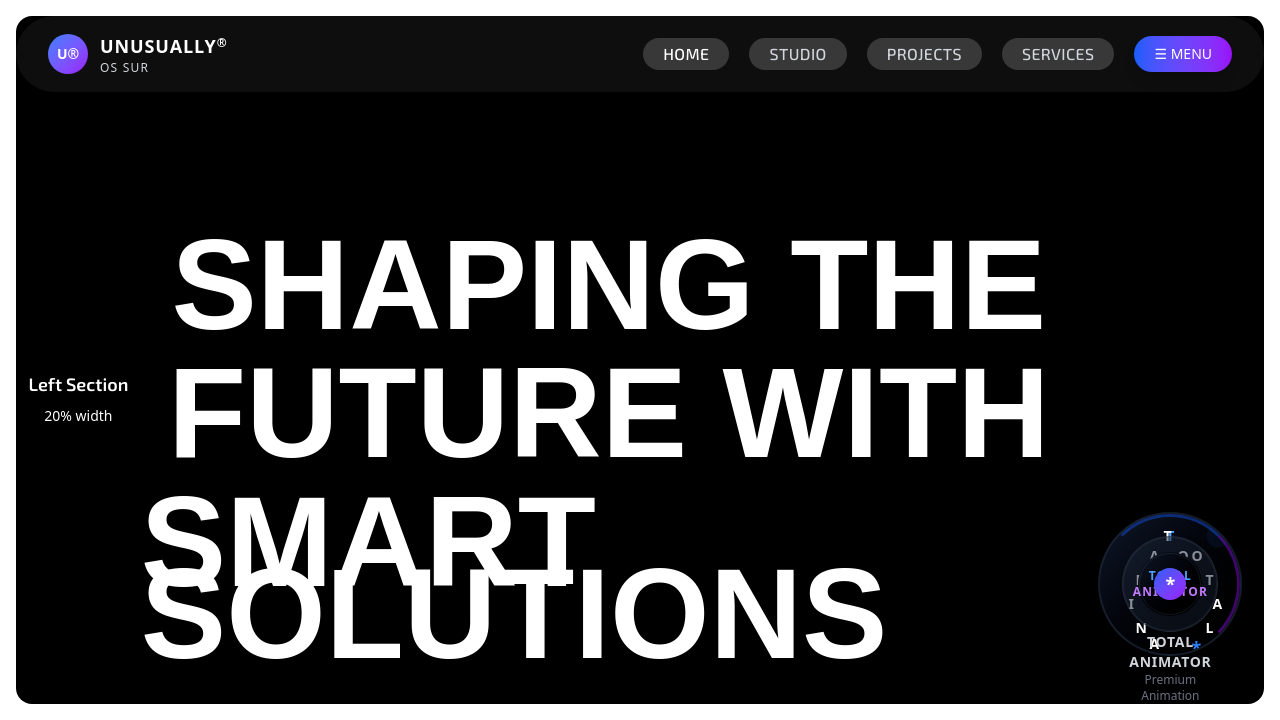
Repository: A-y-u-s-h-29/Digital-Express-India-With-Carrer-Page-And-RazorPay
Page: / (app in op/)
The author's editor kept a copy of each file at every save. The page is drawn from the files as they stood at one save, then again after the next save.
The browser window is 1280 px wide. The pictures show the whole page.
Some web fonts or font styles are not loaded; a fallback is used. The project was rebuilt for these pictures with package versions that can differ from the ones it lists, and the page was loaded fresh each time. Also part of the build but not shown: op/vite.config.js.

Above is the page before, as saved 2025-12-04 15:02:45.

### op/index.html
<!doctype html>
<html lang="en">
  <head>
    <meta charset="UTF-8" />
    <link rel="icon" type="image/svg+xml" href="/vite.svg" />
    <meta name="viewport" content="width=device-width, initial-scale=1.0" />
    <link rel="preconnect" href="https://fonts.googleapis.com">
<link rel="preconnect" href="https://fonts.gstatic.com" crossorigin>
<link href="https://fonts.googleapis.com/css2?family=Alan+Sans:wght@300..900&family=Big+Shoulders:opsz,wght@10..72,100..900&family=Exo+2:ital,wght@0,100..900;1,100..900&family=Montserrat:ital,wght@0,100..900;1,100..900&family=Orbitron:wght@400..900&family=Poppins:ital,wght@0,100;0,200;0,300;0,400;0,500;0,600;0,700;0,800;0,900;1,100;1,200;1,300;1,400;1,500;1,600;1,700;1,800;1,900&family=Rajdhani:wght@300;400;500;600;700&display=swap" rel="stylesheet">
<link rel="preconnect" href="https://fonts.googleapis.com">
<link rel="preconnect" href="https://fonts.gstatic.com" crossorigin>
<link href="https://fonts.googleapis.com/css2?family=Alan+Sans:wght@300..900&family=Big+Shoulders:opsz,wght@10..72,100..900&family=Exo+2:ital,wght@0,100..900;1,100..900&family=Montserrat:ital,wght@0,100..900;1,100..900&family=Orbitron:wght@400..900&family=Poppins:ital,wght@0,100;0,200;0,300;0,400;0,500;0,600;0,700;0,800;0,900;1,100;1,200;1,300;1,400;1,500;1,600;1,700;1,800;1,900&family=Rajdhani:wght@300;400;500;600;700&display=swap" rel="stylesheet">
    <title>op</title>
  </head>
  <body>
    <div id="root"></div>
    <script type="module" src="/src/main.jsx"></script>
  </body>
</html>

### op/src/index.css
@import "tailwindcss";
*{
  box-sizing: border-box;
}
.big {
  font-family: "Big Shoulders", sans-serif;

  font-style: normal;
}
.exo {
  font-family: "Exo 2", sans-serif;

  font-style: normal;
}

### op/src/App.jsx
import React from 'react'
import Home from './components/Home'

function App() {
  return (
   <>
   <Home/>


   </>
  )
}

export default App

### op/src/components/Home.jsx
import React from "react";
import Navbar from "./Navbar";

function Home() {


  return (
    <div className="w-full max-h-screen lg:h-[120vh]  lg:py-4 lg:px-4 ">
      <div
        className="rounded-b-4xl lg:rounded-2xl w-full h-full  flex flex-col relative overflow-hidden bg-black"

      >


        {/* Transparent Navbar */}
        <div className="relative z-20">
          <Navbar />
        </div>

        {/* Three Column Layout */}
        <div className="flex flex-1 relative z-10 text-white ">
          {/* Left Column - 20% width */}
          <div className="w-[10%] flex items-center justify-center">
            <div className="text-white text-center">
              <p className="exo font-semibold text-lg">Left Section</p>
              <p className="text-sm mt-2">20% width</p>
            </div>
          </div>

          {/* Middle Column - 60% width */}
         <div className="w-[75%] flex flex-col justify-center items-center big">
  <div className=" w-full h-full flex flex-col">

    {/* Top Row - 40% height */}
    <div className="h-[40%] flex items-end justify-center pb-4 ">
      <h1 className="text-5xl md:text-9xl leading-tight md:leading-[4.5rem]  font-bold text-white drop-shadow-2xl">
       SHAPING THE
      </h1>
    </div>

    {/* Middle Row - 30% height */}
    <div className="h-[25%] flex items-center justify-center ">
       <h1 className="text-5xl md:text-9xl leading-tight lg:leading-[4.5rem]  font-bold text-white drop-shadow-2xl">
    FUTURE WITH
      </h1>
    </div>

    {/* Bottom Row - 30% height */}
    <div className="h-[35%] flex items-start justify-center pt-4">
      <h1 className="text-5xl md:text-9xl leading-tight lg:leading-[4.5rem]  font-bold text-white drop-shadow-2xl">
      SMART SOLUTIONS
      </h1>
    </div>

  </div>
</div>
          {/* Right Column - 20% width */}
         <div className="w-[15%] flex items-end justify-center pb-12">
  <div className="relative">
    {/* Circular Text Button with Asterisk */}
    <div className="group relative cursor-pointer">
      {/* Main Circle */}
      <div className="relative w-36 h-36 rounded-full border-2 border-gray-800/70 bg-gradient-to-br from-gray-900 to-black overflow-hidden hover:border-blue-700/40 transition-all duration-700 hover:scale-110 shadow-2xl">

        {/* Animated Ring */}
        <div className="absolute inset-0 rounded-full border-[3px] border-transparent border-t-blue-600/60 border-r-purple-600/60 animate-spin-slow opacity-70"></div>

        {/* Circular Text Rotation - "TOTAL*ANIMATOR" */}
        <div className="absolute inset-0 animate-spin-slow">
          <div className="relative w-full h-full">
            {/* T O T A L * */}
            <span className="absolute top-3 left-1/2 transform -translate-x-1/2 text-blue-400 text-sm font-bold">T</span>
            <span className="absolute top-8 left-[65%] text-white text-sm font-bold">O</span>
            <span className="absolute top-14 left-[75%] text-white text-sm font-bold">T</span>
            <span className="absolute top-20 left-[80%] text-white text-sm font-bold">A</span>
            <span className="absolute top-26 left-[75%] text-white text-sm font-bold">L</span>
            <span className="absolute top-30 left-[65%] text-blue-500 text-lg font-bold">*</span>

            {/* A N I M A T O R */}
            <span className="absolute top-30 left-[35%] text-white text-sm font-bold">A</span>
            <span className="absolute top-26 left-[25%] text-white text-sm font-bold">N</span>
            <span className="absolute top-20 left-[20%] text-white text-sm font-bold">I</span>
            <span className="absolute top-14 left-[25%] text-white text-sm font-bold">M</span>
            <span className="absolute top-8 left-[35%] text-white text-sm font-bold">A</span>
            <span className="absolute top-3 left-[45%] text-white text-sm font-bold">T</span>
            <span className="absolute top-8 left-[55%] text-white text-sm font-bold">O</span>
            <span className="absolute top-14 left-[60%] text-white text-sm font-bold">R</span>
          </div>
        </div>

        {/* Center Design */}
        <div className="absolute inset-0 flex items-center justify-center">
          <div className="relative w-24 h-24 rounded-full bg-gradient-to-br from-gray-800/50 to-gray-900/50 border border-gray-700/50 flex items-center justify-center">
            {/* Inner Rings */}
            <div className="absolute inset-0 rounded-full border border-gray-600/30 animate-pulse"></div>
            <div className="absolute inset-4 rounded-full border border-gray-500/20"></div>

            {/* Center Text */}
            <div className="w-16 h-16 rounded-full bg-gradient-to-br from-gray-900 to-black flex items-center justify-center shadow-inner">
              <div className="text-center">
                <div className="text-blue-400 text-xs font-bold tracking-widest">TOTAL</div>
                <div className="text-purple-400 text-xs font-bold tracking-widest">ANIMATOR</div>
              </div>
            </div>

            {/* Center Dot with Asterisk */}
            <div className="absolute inset-0 flex items-center justify-center">
              <div className="w-8 h-8 rounded-full bg-gradient-to-br from-blue-600 to-purple-600 flex items-center justify-center shadow-lg">
                <span className="text-white text-lg font-bold">*</span>
              </div>
            </div>
          </div>
        </div>

        {/* Floating Elements */}
        <div className="absolute top-4 right-4 w-3 h-3 rounded-full bg-blue-500 animate-ping"></div>
        <div className="absolute bottom-4 left-4 w-3 h-3 rounded-full bg-purple-500 animate-ping" style={{animationDelay: '0.5s'}}></div>
      </div>

      {/* Bottom Label */}
      <div className="absolute -bottom-12 left-1/2 transform -translate-x-1/2 text-center">
        <p className="text-gray-300 text-sm font-bold tracking-wider">TOTAL ANIMATOR</p>
        <p className="text-gray-500 text-xs">Premium Animation</p>
      </div>
    </div>
  </div>
</div>
        </div>


      </div>
    </div>
  );
}

export default Home;

### op/src/components/Navbar.jsx
import React, { useState, useRef, useEffect } from 'react';
import { gsap } from 'gsap';

function Navbar({ isHomePage = false }) {
  const [isMenuOpen, setIsMenuOpen] = useState(false);
  const menuOverlayRef = useRef(null);
  const mobileMenuRef = useRef(null);

  // Menu items data for the menu overlay
  const menuOverlayItems = [
    { title: 'HOME', number: '01' },
    { title: 'ABOUT', number: '02' },
    { title: 'PROJECTS', number: '03' },
    { title: 'SERVICES', number: '04' },

  ];

  // Menu items for navbar links
  const navMenuItems = [
    { title: 'HOME', color: 'from-blue-500 to-cyan-400' },
    { title: 'STUDIO', color: 'from-purple-500 to-pink-500' },
    { title: 'PROJECTS', color: 'from-green-500 to-emerald-400' },
    { title: 'SERVICES', color: 'from-yellow-500 to-orange-500' },
    { title: 'ABOUT', color: 'from-red-500 to-rose-400' },
    { title: 'CONTACT', color: 'from-indigo-500 to-blue-400' },
  ];

  // Initialize menu as hidden
  useEffect(() => {
    if (menuOverlayRef.current) {
      menuOverlayRef.current.style.display = 'none';
    }
  }, []);

  const handleMenuClick = () => {
    const wasOpen = isMenuOpen;
    setIsMenuOpen(!wasOpen);

    if (!wasOpen) {
      // OPEN MENU ANIMATION - bottom-right से slide in
      if (menuOverlayRef.current) {
        menuOverlayRef.current.style.display = 'flex';

        // Get the menu container
        const menuContainer = menuOverlayRef.current.querySelector('.relative');

        if (menuContainer) {
          // Initial position - off screen bottom-right
          gsap.set(menuContainer, {
            x: '100%',
            y: '100%',
            opacity: 0,
            scale: 0.9,
            transformOrigin: 'bottom right'
          });

          // Animate to position
          gsap.to(menuContainer, {
            x: 0,
            y: 0,
            opacity: 1,
            scale: 1,
            duration: 0.8,
            ease: 'expo.out'
          });

          // Background fade in
          gsap.fromTo(menuOverlayRef.current,
            { opacity: 0 },
            { opacity: 1, duration: 0.4 }
          );

          // Menu items animation (from bottom)
          const menuItems = menuContainer.querySelectorAll('.menu-item');
          gsap.fromTo(menuItems,
            {
              opacity: 0,
              y: 40
            },
            {
              opacity: 1,
              y: 0,
              duration: 0.6,
              stagger: 0.1,
              delay: 0.3,
              ease: 'power3.out'
            }
          );

          // Close button animation
          const closeBtn = menuContainer.querySelector('.close-btn');
          if (closeBtn) {
            gsap.fromTo(closeBtn,
              { opacity: 0, rotation: -45 },
              { opacity: 1, rotation: 0, duration: 0.5, delay: 0.8 }
            );
          }
        }
      }

      // Mobile menu animation
      if (mobileMenuRef.current) {
        gsap.fromTo(
          mobileMenuRef.current,
          { height: 0, opacity: 0 },
          { height: 'auto', opacity: 1, duration: 0.4 }
        );
      }
    } else {
      // CLOSE MENU ANIMATION - bottom-right को slide out
      if (menuOverlayRef.current) {
        const menuContainer = menuOverlayRef.current.querySelector('.relative');

        if (menuContainer) {
          // Menu items exit
          const menuItems = menuContainer.querySelectorAll('.menu-item');
          gsap.to(menuItems,
            {
              opacity: 0,
              y: 20,
              duration: 0.3,
              stagger: 0.05,
              ease: 'power2.in'
            }
          );

          // Close button exit
          const closeBtn = menuContainer.querySelector('.close-btn');
          if (closeBtn) {
            gsap.to(closeBtn, {
              opacity: 0,
              rotation: 45,
              duration: 0.3
            });
          }

          // Menu container slide out to bottom-right
          gsap.to(menuContainer, {
            x: '100%',
            y: '100%',
            opacity: 0,
            scale: 0.9,
            duration: 0.6,
            ease: 'expo.in',
            onComplete: () => {
              if (menuOverlayRef.current) {
                menuOverlayRef.current.style.display = 'none';
              }
            }
          });

          // Background fade out
          gsap.to(menuOverlayRef.current, {
            opacity: 0,
            duration: 0.4
          });
        }
      }

      // Mobile menu exit animation
      if (mobileMenuRef.current) {
        gsap.to(mobileMenuRef.current, {
          height: 0,
          opacity: 0,
          duration: 0.3
        });
      }
    }
  };

  return (
    <>
      {/* Main Navbar */}
      <nav
        className={`w-full px-6 py-4 lg:px-8 lg:py-4 ${isHomePage ? 'bg-transparent' : 'bg-[#0E0E0E]'} rounded-full relative z-50`}
      >
        <div className="flex items-center justify-between">
          {/* Logo/Brand Section */}
          <div className="flex items-center">
            <div className="w-10 h-10 rounded-full bg-gradient-to-br from-blue-500 to-purple-600 flex items-center justify-center mr-3">
              <span className="text-white font-bold text-sm">U®</span>
            </div>
            <div className="flex flex-col">
              <span className="text-white font-bold text-lg tracking-wider">UNUSUALLY<sup className="text-xs">®</sup></span>
              <span className="text-gray-300 text-xs tracking-widest">OS SUR</span>
            </div>
          </div>

          <div className='flex items-center gap-5'>
            {/* Desktop Navigation Links */}
            <div className="hidden md:flex items-center space-x-5 exo text-md">
              {navMenuItems.slice(0, 4).map((item, index) => (
                <a
                  key={index}
                  href="#"
                  className={`text-gray-300 font-medium tracking-wide hover:text-white transition-colors duration-300 bg-[#383838] px-5 py-1 rounded-full ${item.title === 'HOME' ? 'text-white' : ''}`}
                >
                  {item.title}
                </a>
              ))}
            </div>

            {/* Menu Button */}
            <button
              onClick={handleMenuClick}
              className="px-5 py-2 bg-gradient-to-r from-blue-600 to-purple-600 text-white text-sm font-medium rounded-full hover:from-blue-700 hover:to-purple-700 transition-all duration-300 shadow-lg hover:shadow-xl relative z-50"
            >
              {isMenuOpen ? '✕ CLOSE' : '☰ MENU'}
            </button>

            {/* Mobile Menu Button (Hamburger) */}
            <button
              onClick={handleMenuClick}
              className="ml-4 md:hidden relative z-50"
            >
              <div className={`w-6 h-0.5 bg-white mb-1.5 transition-all duration-300 ${isMenuOpen ? 'rotate-45 translate-y-2' : ''}`}></div>
              <div className={`w-6 h-0.5 bg-white mb-1.5 transition-all duration-300 ${isMenuOpen ? 'opacity-0' : ''}`}></div>
              <div className={`w-6 h-0.5 bg-white transition-all duration-300 ${isMenuOpen ? '-rotate-45 -translate-y-2' : ''}`}></div>
            </button>
          </div>
        </div>

        {/* Mobile Menu Dropdown */}
        <div
          ref={mobileMenuRef}
          className="md:hidden mt-4 pt-4 border-t border-gray-800 overflow-hidden"
          style={{ height: '0px' }}
        >
          <div className="flex flex-col space-y-4">
            {navMenuItems.map((item, index) => (
              <a
                key={index}
                href="#"
                className={`text-gray-300 font-medium py-2 hover:text-white transition-colors ${item.title === 'HOME' ? 'text-white' : ''}`}
              >
                {item.title}
              </a>
            ))}
          </div>
        </div>
      </nav>

      {/* Fullscreen Menu Overlay */}
      <div
        ref={menuOverlayRef}
        className="fixed inset-0  z-40 hidden items-end justify-end px-4 rounded-2xl "
      >
        {/* Menu Container - Image के according simple design */}
        <div
          className="relative h-[70vh] w-[45vw] bg-white  rounded-4xl overflow-hidden shadow-2xl transform-gpu "
          style={{
            transformOrigin: 'bottom right'
          }}
        >
          {/* Simple Header with Brand */}
          <div className="absolute top-8 left-8">
            <div className="flex items-center space-x-3">

              <div>

              </div>
            </div>
          </div>



          {/* Main Content Area - Center aligned like image */}
          <div className="h-full flex flex-col justify-center items-center px-12 ">
            {/* Menu Items - Single Column, Large text like image */}
            <div className="w-full  space-y-2">
              {menuOverlayItems.map((item, index) => (
                <a
                  key={index}
                  href="#"
                  className="menu-item group relative block w-full"
                >
                  <div className="flex items-center justify-between">
                    {/* Title - Left side */}
                    <div className="relative overflow-hidden p-0.5">
                      <h3 className="text-black font-extrabold text-5xl lg:text-7xl  exo tracking-tight opacity-90 group-hover:opacity-100 transition-all duration-500">
                        {item.title}
                      </h3>
                      {/* Underline animation */}

                    </div>

                    {/* Number in parentheses - Right side */}
                    <div className="text-gray-500 text-3xl lg:text-4xl font-light group-hover:text-white transition-colors duration-500">
                      ({item.number})
                    </div>
                  </div>
                </a>
              ))}
            </div>


          </div>


        </div>
      </div>
    </>
  );
}

export default Navbar;

Loaded but not shown: op/src/main.jsx (common file)

After the next save:
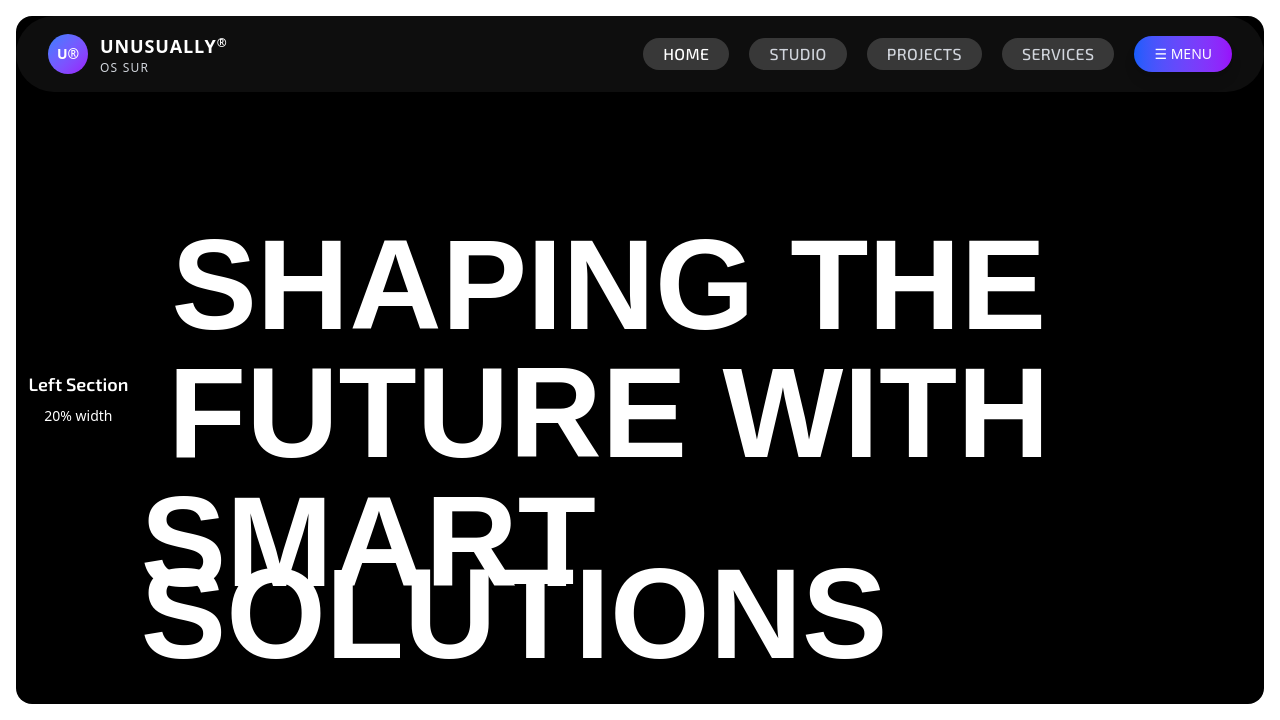
Saved 13 s later.
--- a/op/src/components/Home.jsx
+++ b/op/src/components/Home.jsx
@@ -55,76 +55,7 @@ function Home() {
   </div>
 </div>
           {/* Right Column - 20% width */}
-         <div className="w-[15%] flex items-end justify-center pb-12">
-  <div className="relative">
-    {/* Circular Text Button with Asterisk */}
-    <div className="group relative cursor-pointer">
-      {/* Main Circle */}
-      <div className="relative w-36 h-36 rounded-full border-2 border-gray-800/70 bg-gradient-to-br from-gray-900 to-black overflow-hidden hover:border-blue-700/40 transition-all duration-700 hover:scale-110 shadow-2xl">
 
-        {/* Animated Ring */}
-        <div className="absolute inset-0 rounded-full border-[3px] border-transparent border-t-blue-600/60 border-r-purple-600/60 animate-spin-slow opacity-70"></div>
-
-        {/* Circular Text Rotation - "TOTAL*ANIMATOR" */}
-        <div className="absolute inset-0 animate-spin-slow">
-          <div className="relative w-full h-full">
-            {/* T O T A L * */}
-            <span className="absolute top-3 left-1/2 transform -translate-x-1/2 text-blue-400 text-sm font-bold">T</span>
-            <span className="absolute top-8 left-[65%] text-white text-sm font-bold">O</span>
-            <span className="absolute top-14 left-[75%] text-white text-sm font-bold">T</span>
-            <span className="absolute top-20 left-[80%] text-white text-sm font-bold">A</span>
-            <span className="absolute top-26 left-[75%] text-white text-sm font-bold">L</span>
-            <span className="absolute top-30 left-[65%] text-blue-500 text-lg font-bold">*</span>
-
-            {/* A N I M A T O R */}
-            <span className="absolute top-30 left-[35%] text-white text-sm font-bold">A</span>
-            <span className="absolute top-26 left-[25%] text-white text-sm font-bold">N</span>
-            <span className="absolute top-20 left-[20%] text-white text-sm font-bold">I</span>
-            <span className="absolute top-14 left-[25%] text-white text-sm font-bold">M</span>
-            <span className="absolute top-8 left-[35%] text-white text-sm font-bold">A</span>
-            <span className="absolute top-3 left-[45%] text-white text-sm font-bold">T</span>
-            <span className="absolute top-8 left-[55%] text-white text-sm font-bold">O</span>
-            <span className="absolute top-14 left-[60%] text-white text-sm font-bold">R</span>
-          </div>
-        </div>
-
-        {/* Center Design */}
-        <div className="absolute inset-0 flex items-center justify-center">
-          <div className="relative w-24 h-24 rounded-full bg-gradient-to-br from-gray-800/50 to-gray-900/50 border border-gray-700/50 flex items-center justify-center">
-            {/* Inner Rings */}
-            <div className="absolute inset-0 rounded-full border border-gray-600/30 animate-pulse"></div>
-            <div className="absolute inset-4 rounded-full border border-gray-500/20"></div>
-
-            {/* Center Text */}
-            <div className="w-16 h-16 rounded-full bg-gradient-to-br from-gray-900 to-black flex items-center justify-center shadow-inner">
-              <div className="text-center">
-                <div className="text-blue-400 text-xs font-bold tracking-widest">TOTAL</div>
-                <div className="text-purple-400 text-xs font-bold tracking-widest">ANIMATOR</div>
-              </div>
-            </div>
-
-            {/* Center Dot with Asterisk */}
-            <div className="absolute inset-0 flex items-center justify-center">
-              <div className="w-8 h-8 rounded-full bg-gradient-to-br from-blue-600 to-purple-600 flex items-center justify-center shadow-lg">
-                <span className="text-white text-lg font-bold">*</span>
-              </div>
-            </div>
-          </div>
-        </div>
-
-        {/* Floating Elements */}
-        <div className="absolute top-4 right-4 w-3 h-3 rounded-full bg-blue-500 animate-ping"></div>
-        <div className="absolute bottom-4 left-4 w-3 h-3 rounded-full bg-purple-500 animate-ping" style={{animationDelay: '0.5s'}}></div>
-      </div>
-
-      {/* Bottom Label */}
-      <div className="absolute -bottom-12 left-1/2 transform -translate-x-1/2 text-center">
-        <p className="text-gray-300 text-sm font-bold tracking-wider">TOTAL ANIMATOR</p>
-        <p className="text-gray-500 text-xs">Premium Animation</p>
-      </div>
-    </div>
-  </div>
-</div>
         </div>
 
 
